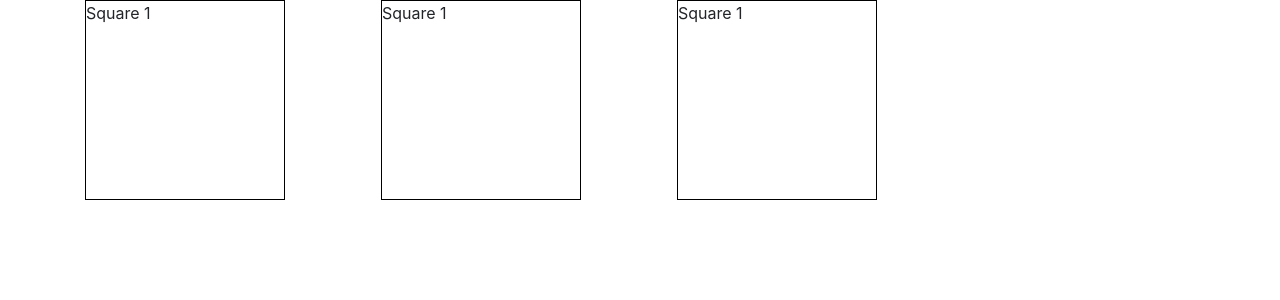
Repository: tts2610/Tic-Tac_Toe
Page: /
The author's editor kept a copy of each file at every save. The page is drawn from the files as they stood at one save, then again after the next save.
The browser window is 1280 px wide. The pictures show the whole page.
The project was rebuilt for these pictures with package versions that can differ from the ones it lists, and the page was loaded fresh each time.

Above is the page before, as saved 2020-06-02 10:55:29.

### src/App.js
import React, { Component } from "react";
import "./App.css";
import Board from "./components/Board";
import "bootstrap/dist/css/bootstrap.min.css";

export default class App extends Component {
  render() {
    return (
      <div className="App">
        <Board />
      </div>
    );
  }
}

### src/App.css
.box {
    width: 200px;
    height: 200px;
    border: 1px solid black;
}

### src/components/Board.js
import React, { Component } from "react";
import Square from "./Square";
import { Row, Col, Container } from "react-bootstrap/";

const styles = {
  grid: {
    paddingLeft: 0,
    paddingRight: 0,
  },
  row: {
    marginLeft: 0,
    marginRight: 0,
    width: "80%",
  },
  col: {
    paddingLeft: 0,
    paddingRight: 0,
  },
};
export default class Board extends Component {
  render() {
    return (
      <Container>
        <Row style={styles.row}>
          <Col sm={4} style={styles.col}>
            <Square />
          </Col>
          <Col sm={4} style={styles.col}>
            <Square />
          </Col>
          <Col sm={4} style={styles.col}>
            <Square />
          </Col>
        </Row>
      </Container>
    );
  }
}

### src/components/Square.js
import React from "react";

export default function Square() {
  return <div className="box">Square 1</div>;
}

Loaded but not shown: public/index.html (common file); src/index.js (common file); src/index.css (common file); src/serviceWorker.js (common file)

After the next save:
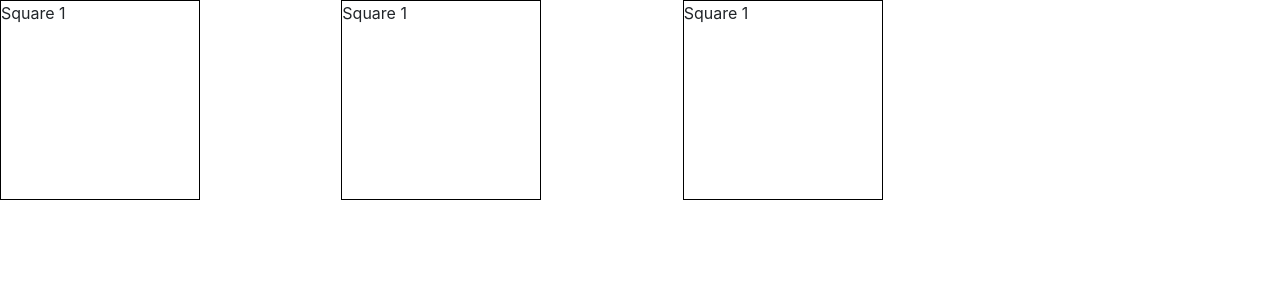
Saved 13 s later.
--- a/src/components/Board.js
+++ b/src/components/Board.js
@@ -20,19 +20,17 @@ const styles = {
 export default class Board extends Component {
   render() {
     return (
-      <Container>
-        <Row style={styles.row}>
-          <Col sm={4} style={styles.col}>
-            <Square />
-          </Col>
-          <Col sm={4} style={styles.col}>
-            <Square />
-          </Col>
-          <Col sm={4} style={styles.col}>
-            <Square />
-          </Col>
-        </Row>
-      </Container>
+      <Row style={styles.row}>
+        <Col sm={4} style={styles.col}>
+          <Square />
+        </Col>
+        <Col sm={4} style={styles.col}>
+          <Square />
+        </Col>
+        <Col sm={4} style={styles.col}>
+          <Square />
+        </Col>
+      </Row>
     );
   }
 }
